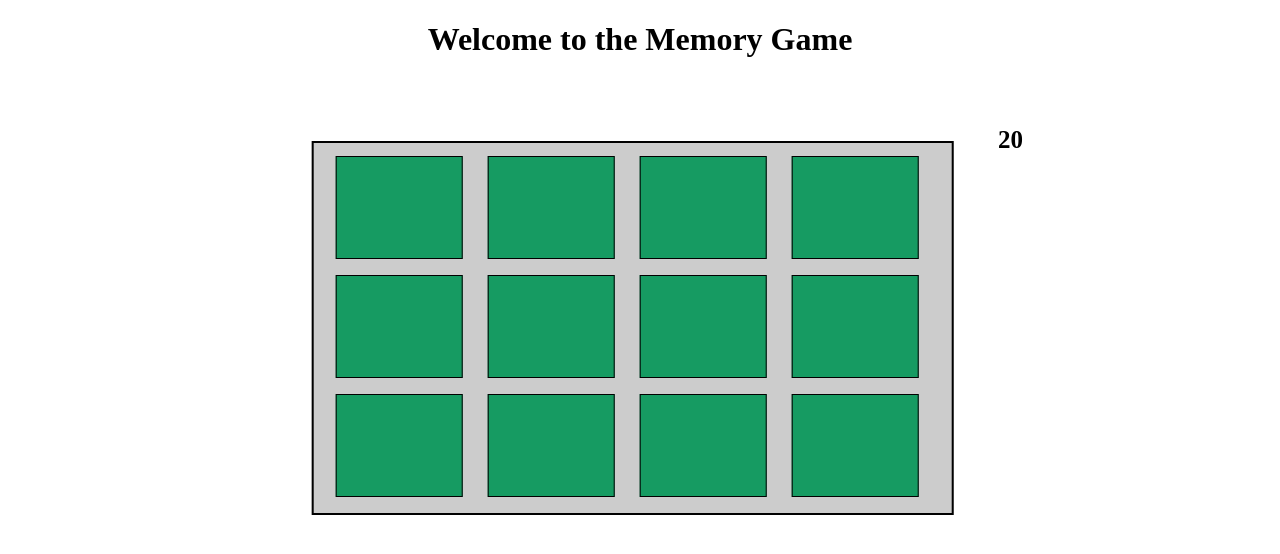
Repository: Code-Institute-Submissions/InteractiveMilestoneProject
Page: index.html
The author's editor kept a record of every edit. The page is drawn from the files as they stood at one moment, then again after the next edit.
The browser window is 1280 px wide. The pictures show the whole page.

Above is the page before.

After the next edit:
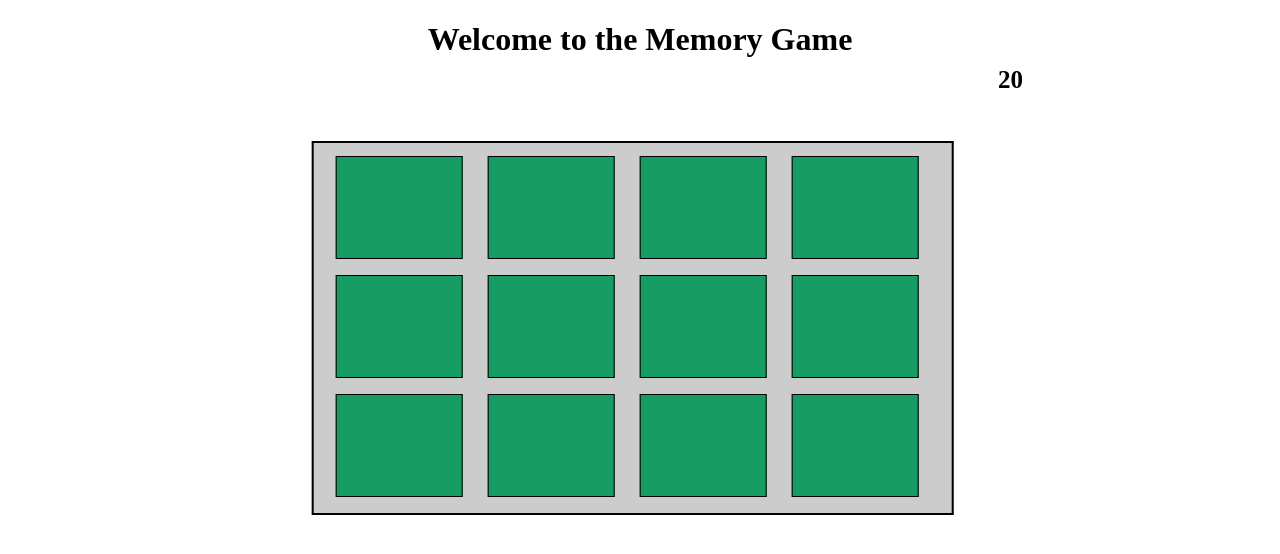
The edit:
--- a/css/style.css
+++ b/css/style.css
@@ -65,6 +65,12 @@
          height: 27%;
          margin-left: 17px;
      }
+      #cronometro {
+
+         top: 40px;
+
+
+     }
 
  }
 
